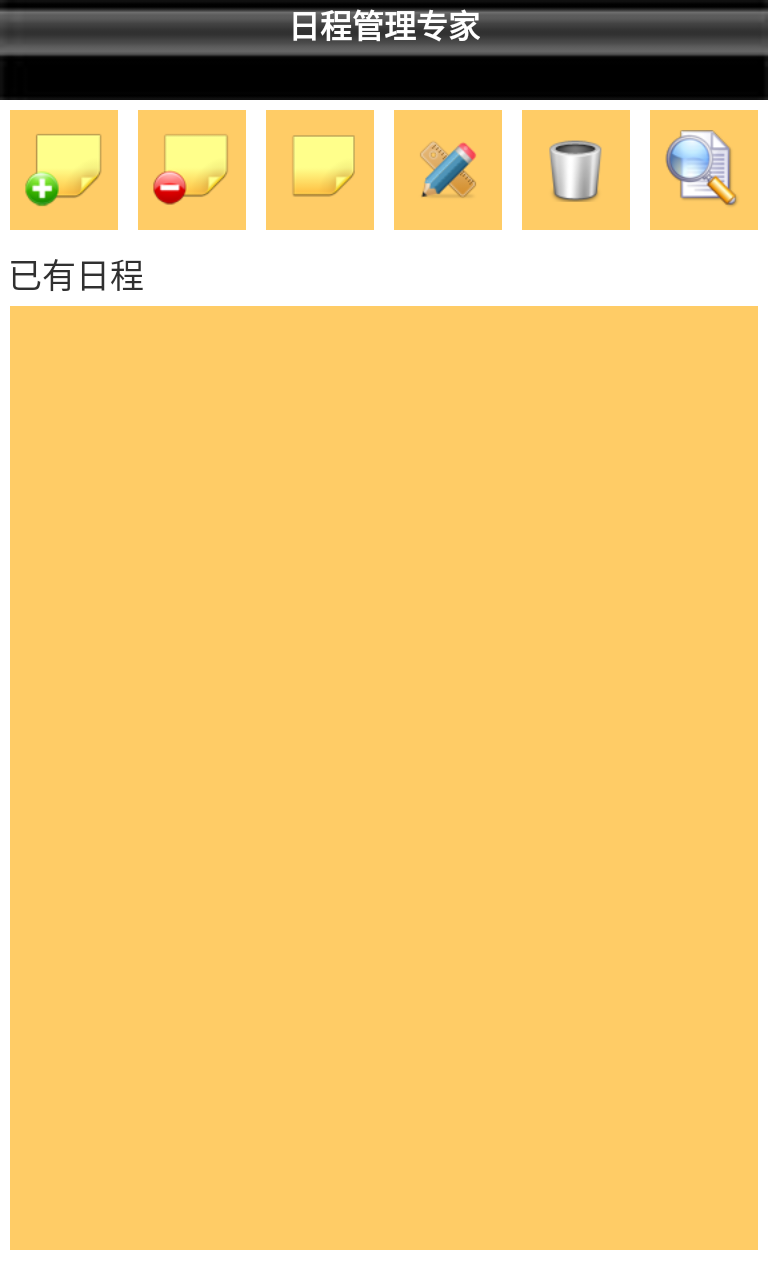
Repository: gogolaile/CoolWeather
Layout: DayDel/res/layout/activity_main.xml
The author's editor kept a copy of each file at every save. The layout is drawn from the files as they stood at one save, then again after the next save.
It is drawn on a 768 x 1280 px phone screen (xhdpi) without system bars, with theme android:Theme.NoTitleBar.Fullscreen; the app's code is not run. Lists and similar views that code fills are empty.

Above is the layout before, as saved 2015-12-05 03:28:48.

After the next save:
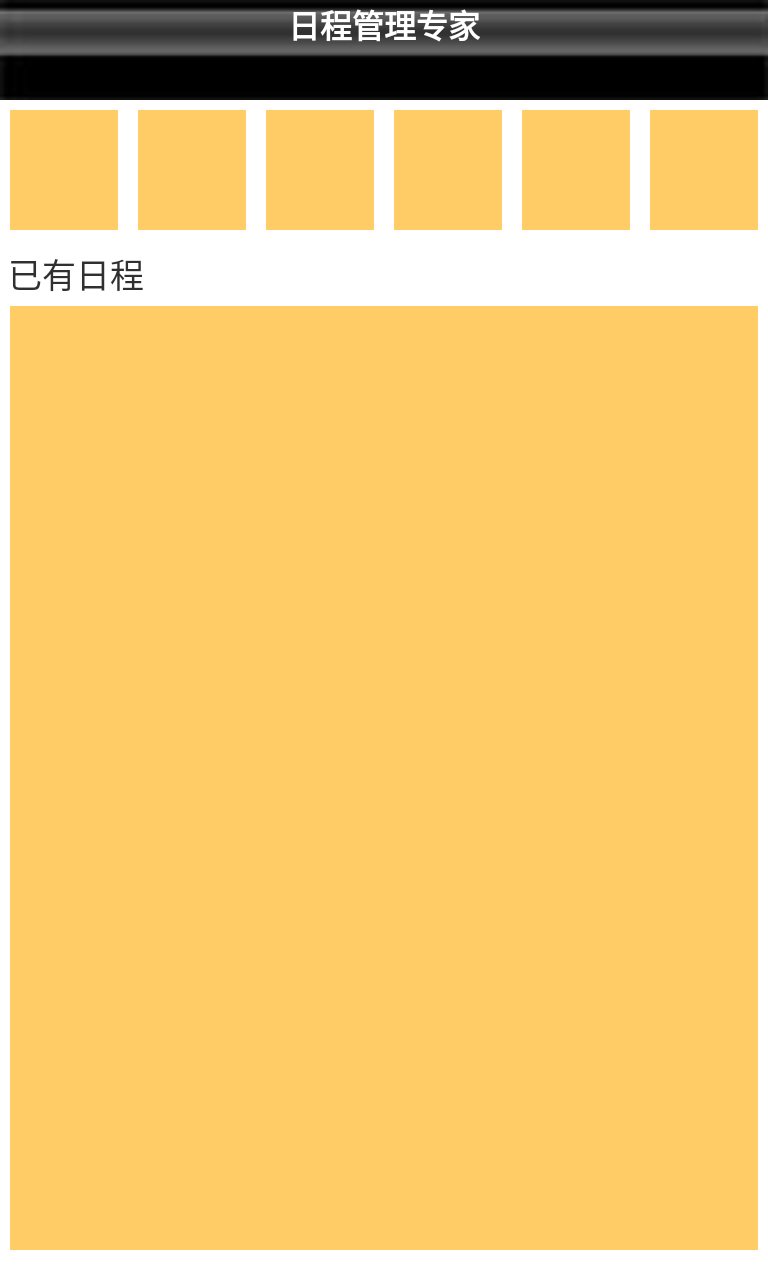
Saved 96 s later.
--- a/DayDel/res/layout/activity_main.xml
+++ b/DayDel/res/layout/activity_main.xml
@@ -30,7 +30,7 @@
              android:layout_margin="5dp"
              android:padding="20dp"
              android:background="#FFCC66"
-             android:src="@drawable/newone"/>
+/>
           <ImageButton
              android:id = "@+id/delete_b"
              android:layout_width="0dp"
@@ -39,7 +39,7 @@
              android:layout_margin="5dp"
              android:padding="20dp"
              android:background="#FFCC66"
-             android:src="@drawable/delete"/>
+/>
            <ImageButton
              android:id = "@+id/check_b"
              android:layout_width="0dp"
@@ -48,7 +48,7 @@
              android:layout_margin="5dp"
              android:padding="20dp"
              android:background="#FFCC66"
-             android:src="@drawable/check"/>
+/>
             <ImageButton
              android:id = "@+id/edit_b"
              android:layout_width="0dp"
@@ -57,7 +57,7 @@
              android:layout_margin="5dp"
              android:padding="20dp"
              android:background="#FFCC66"
-             android:src="@drawable/edit"/>
+/>
            <ImageButton
              android:id = "@+id/deleteall_b"
              android:layout_width="0dp"
@@ -66,7 +66,7 @@
              android:layout_margin="5dp"
              android:padding="20dp"
              android:background="#FFCC66"
-             android:src="@drawable/deleteall"/>
+/>
            <ImageButton
              android:id = "@+id/search_b"
              android:layout_width="0dp"
@@ -75,7 +75,7 @@
              android:layout_margin="5dp"
              android:padding="20dp"
              android:background="#FFCC66"
-             android:src="@drawable/search"/>
+/>
      </LinearLayout>
      <TextView
          android:layout_width="wrap_content"

After the save that followed:
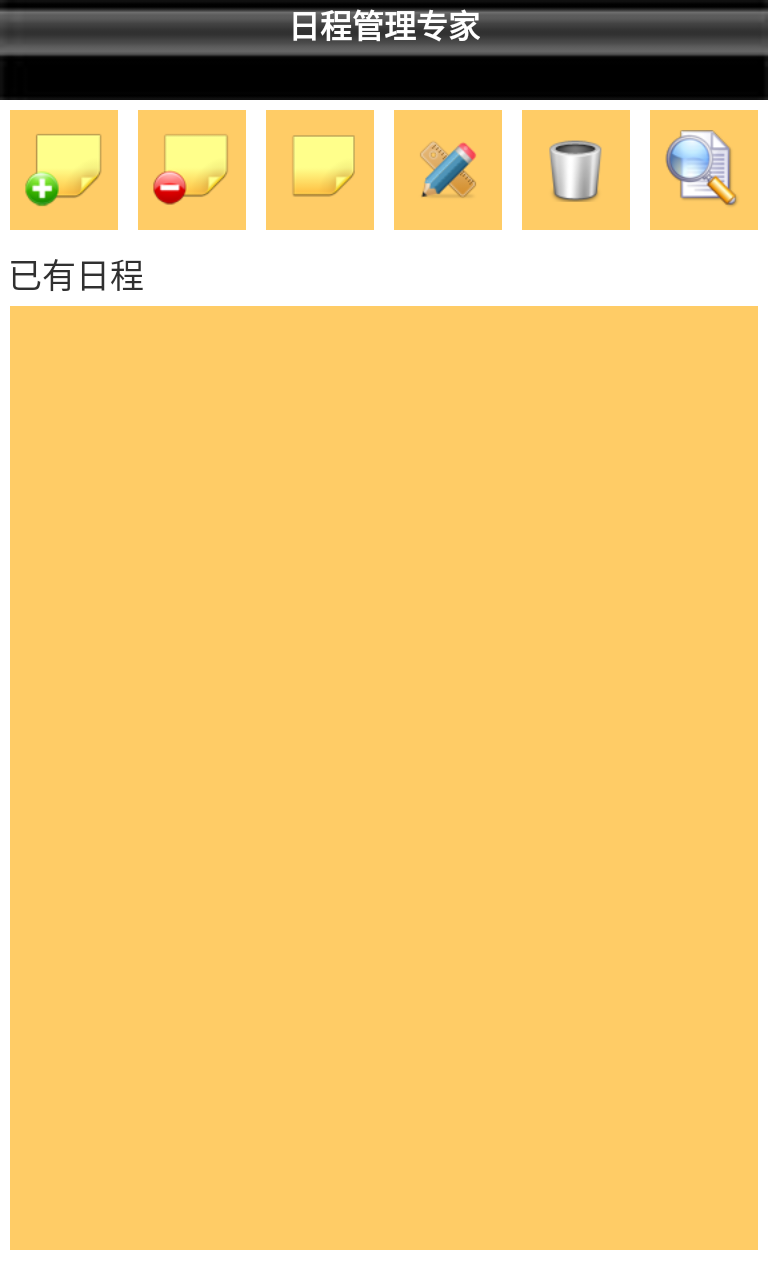
Saved 3 min 14 s later.
--- a/DayDel/res/layout/activity_main.xml
+++ b/DayDel/res/layout/activity_main.xml
@@ -30,7 +30,7 @@
              android:layout_margin="5dp"
              android:padding="20dp"
              android:background="#FFCC66"
-/>
+             android:src="@drawable/newone"/>
           <ImageButton
              android:id = "@+id/delete_b"
              android:layout_width="0dp"
@@ -39,7 +39,7 @@
              android:layout_margin="5dp"
              android:padding="20dp"
              android:background="#FFCC66"
-/>
+             android:src="@drawable/delete"/>
            <ImageButton
              android:id = "@+id/check_b"
              android:layout_width="0dp"
@@ -48,7 +48,7 @@
              android:layout_margin="5dp"
              android:padding="20dp"
              android:background="#FFCC66"
-/>
+             android:src="@drawable/check"/>
             <ImageButton
              android:id = "@+id/edit_b"
              android:layout_width="0dp"
@@ -57,7 +57,7 @@
              android:layout_margin="5dp"
              android:padding="20dp"
              android:background="#FFCC66"
-/>
+             android:src="@drawable/edit"/>
            <ImageButton
              android:id = "@+id/deleteall_b"
              android:layout_width="0dp"
@@ -66,7 +66,7 @@
              android:layout_margin="5dp"
              android:padding="20dp"
              android:background="#FFCC66"
-/>
+             android:src="@drawable/deleteall"/>
            <ImageButton
              android:id = "@+id/search_b"
              android:layout_width="0dp"
@@ -75,7 +75,7 @@
              android:layout_margin="5dp"
              android:padding="20dp"
              android:background="#FFCC66"
-/>
+             android:src="@drawable/search"/>
      </LinearLayout>
      <TextView
          android:layout_width="wrap_content"
